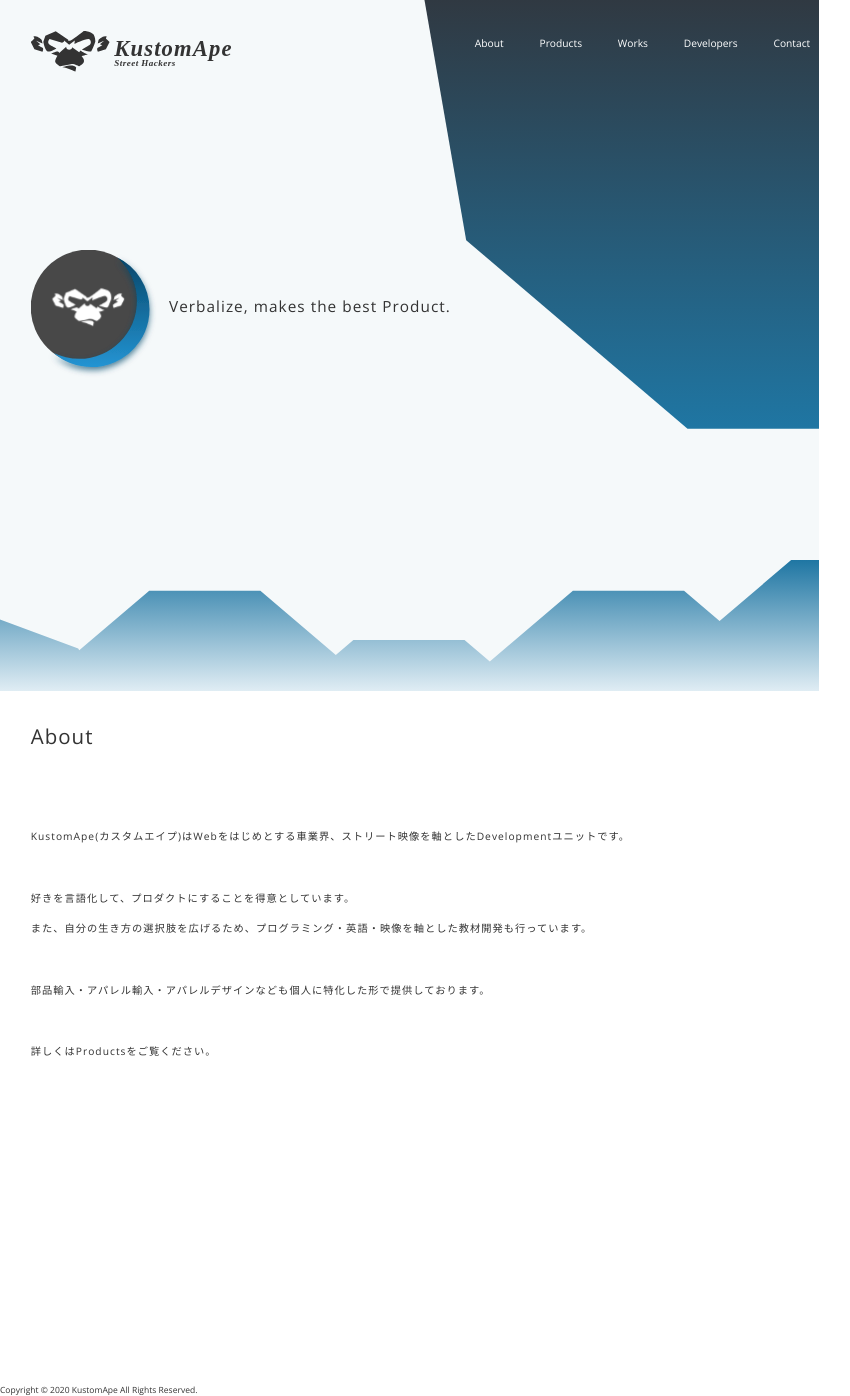
Repository: AirDepot/web
Page: index.html
An editor plug-in stored every save of this project. The page is shown before and after a run of saves, followed by the edit.
The browser window is 1280 px wide. The page is 1328 px wide, so the pictures cover 1328 px, including what lies to the right of the window. The pictures show the whole page, at 64% of full size.

Above is the page before, as saved 2020-02-11 23:20:45.

### index.html
<!DOCTYPE html>
<html lang="ja">
    <head>
        <meta charset="UTF-8">
        <link href="https://fonts.googleapis.com/css?family=Open+Sans:100,300,400,600" rel="stylesheet" type="text/css">
        <link href="http://code.ionicframework.com/ionicons/2.0.1/css/ionicons.min.css" rel="stylesheet" type="text/css">
        <link type="text/css" rel="stylesheet" href="./assets/css/common.css">
        <title>KustomApe</title>
    </head>
    <body>
        <div id="wrap">
            <div id="home">
                <header id="header">
                    <h1 id="logo"><a href="#home"><img src="./assets/img/main_logo.svg" alt="KustomApe"></a></h1>
                    <nav id="nav">
                        <ul id="navigations">
                            <li><a href="#about">About</a></li>
                            <li><a href="#products">Products</a></li>
                            <li><a href="#works">Works</a></li>
                            <li><a href="#hackers">Developers</a></li>
                            <li><a href="#contact">Contact</a></li>
                        </ul>
                    </nav>
                </header>
                <div id="header_contents">
                    <p id="ape_icon"><img src="./assets/img/ape_icon.svg" alt="Apeのアイコン画像"></p>
                    <h2 id="concept">Verbalize, makes the best Product.</h2>
                </div>
            </div>
            <div id="about">
                <h3>About</h3>
                <p id="about_kustomape">KustomApe(カスタムエイプ)はWebをはじめとする車業界、ストリート映像を軸としたDevelopmentユニットです。<br /><br/>
                好きを言語化して、プロダクトにすることを得意としています。<br />
                また、自分の生き方の選択肢を広げるため、プログラミング・英語・映像を軸とした教材開発も行っています。<br /><br/>
                部品輸入・アパレル輸入・アパレルデザインなども個人に特化した形で提供しております。<br /><br/>
                詳しくはProductsをご覧ください。</p>
            </div>
            <div id="products">

            </div>
            <div id="works">

            </div>
            <div id="developers">

            </div>
            <div id="contact">

            </div>
            <footer>
                <small>Copyright &copy; 2020 KustomApe All Rights Reserved.</small>
            </footer>
        </div>
    </body>
</html>

### assets/css/common.css
/**********************************************
*** GENERAL
**********************************************/

* {
    margin: 0;
    padding: 0;
    box-sizing: border-box;
}

.clearfix::after {
    content: "";
    display: table;
    clear: both;
}

body {
    color: #333;
    font-family: Open Sans, Arial, Helvetica, sans-serif;
}

ul {
    list-style: none;
}

a {
    text-decoration: none;
}

div#wrap {
    margin-top: -3rem;
}

div#home {
    width: 100%;
    height: 1080px;
    background-image: url(../img/wrap_bg.svg);
    background-position: center top;
    background-repeat: no-repeat;
    background-size: cover;
}

header#header {
    width: 100%;
    height: 150px;
    margin-left: 3rem;
}

header#header h1#logo {
    width: 500px;
    margin-top: 3rem;
}

h1#logo img {
    margin-top: 3rem;
    width: 350px;
}

nav#nav {
    margin-top: -4rem;
}

nav#nav ul#navigations {
    display: flex;
    justify-content: center;
    align-items: center;
    list-style: none;
    margin-left: 43rem;
}

nav#nav ul#navigations li {
    padding-right: 3.5rem;
}

nav#nav ul#navigations li a {
    color: #fff;
}

div#header_contents {
    display: inline-flex;
    margin-left: 3rem;
    padding: 15rem 0;
}

div#header_contents h2#concept {
    padding: 4.5rem 1rem;
    letter-spacing: 0.1rem;
    font-weight: 100;
    font-size: 1.5rem;
}

div#header_contents p#ape_icon img {
    width: 200px;
}

div#about {
    width: 100%;
    height: 1080px;
}

div#about h3 {
    font-size: 2rem;
    font-weight: 500;
    padding-top: 3rem;
    margin-left: 3rem;
    letter-spacing: 0.1rem;
}

div#about p#about_kustomape {
    padding-top: 7rem;
    margin-left: 3rem;
    font-size: 1rem;
    letter-spacing: 0.1rem;
    line-height: 3rem;
}

After the next 2 saves:
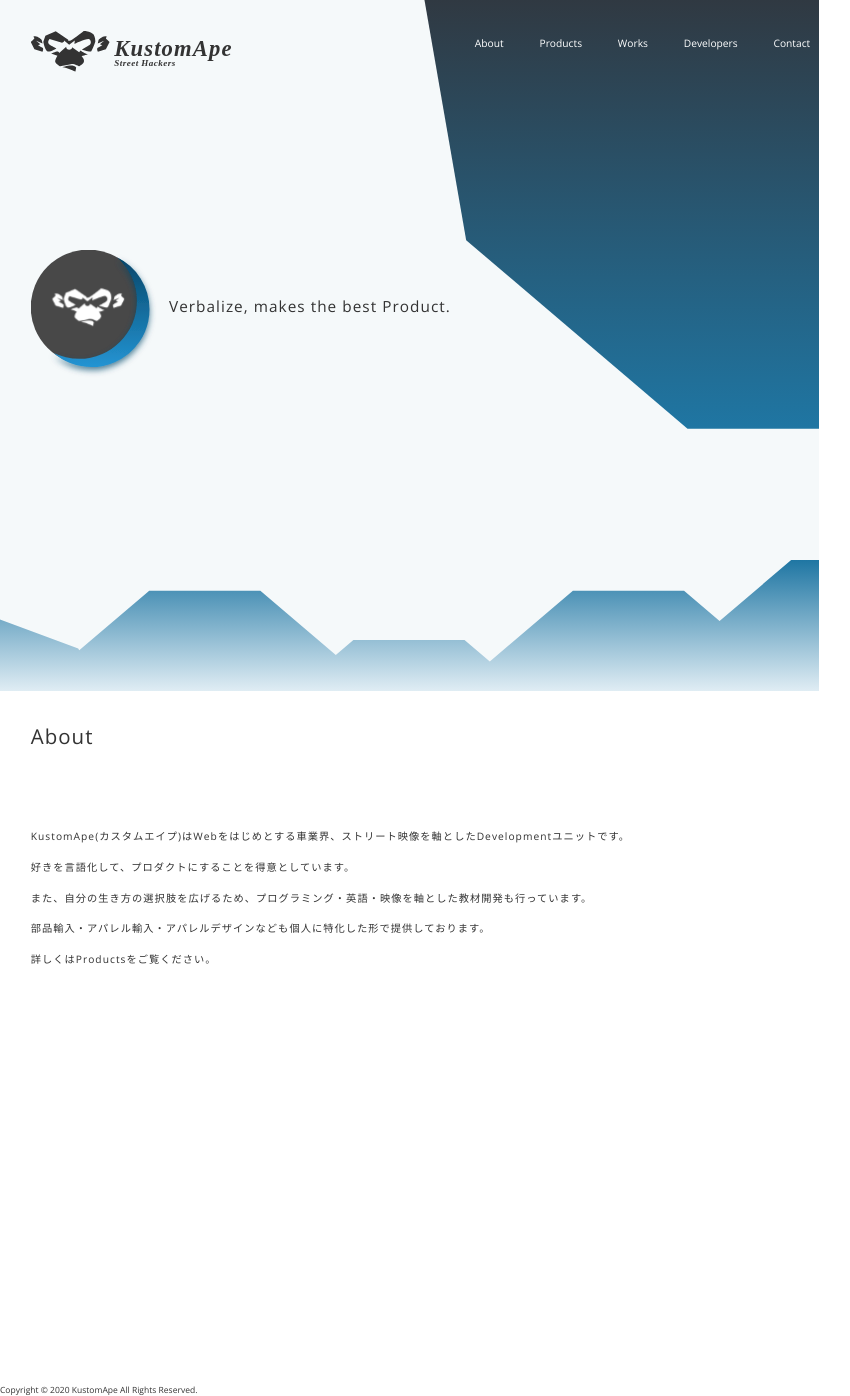
The 2 saves are shown as one change because they came seconds apart.
The last was saved 7 s later.
--- a/index.html
+++ b/index.html
@@ -29,10 +29,10 @@
             </div>
             <div id="about">
                 <h3>About</h3>
-                <p id="about_kustomape">KustomApe(カスタムエイプ)はWebをはじめとする車業界、ストリート映像を軸としたDevelopmentユニットです。<br /><br/>
+                <p id="about_kustomape">KustomApe(カスタムエイプ)はWebをはじめとする車業界、ストリート映像を軸としたDevelopmentユニットです。<br />
                 好きを言語化して、プロダクトにすることを得意としています。<br />
-                また、自分の生き方の選択肢を広げるため、プログラミング・英語・映像を軸とした教材開発も行っています。<br /><br/>
-                部品輸入・アパレル輸入・アパレルデザインなども個人に特化した形で提供しております。<br /><br/>
+                また、自分の生き方の選択肢を広げるため、プログラミング・英語・映像を軸とした教材開発も行っています。<br />
+                部品輸入・アパレル輸入・アパレルデザインなども個人に特化した形で提供しております。<br />
                 詳しくはProductsをご覧ください。</p>
             </div>
             <div id="products">
